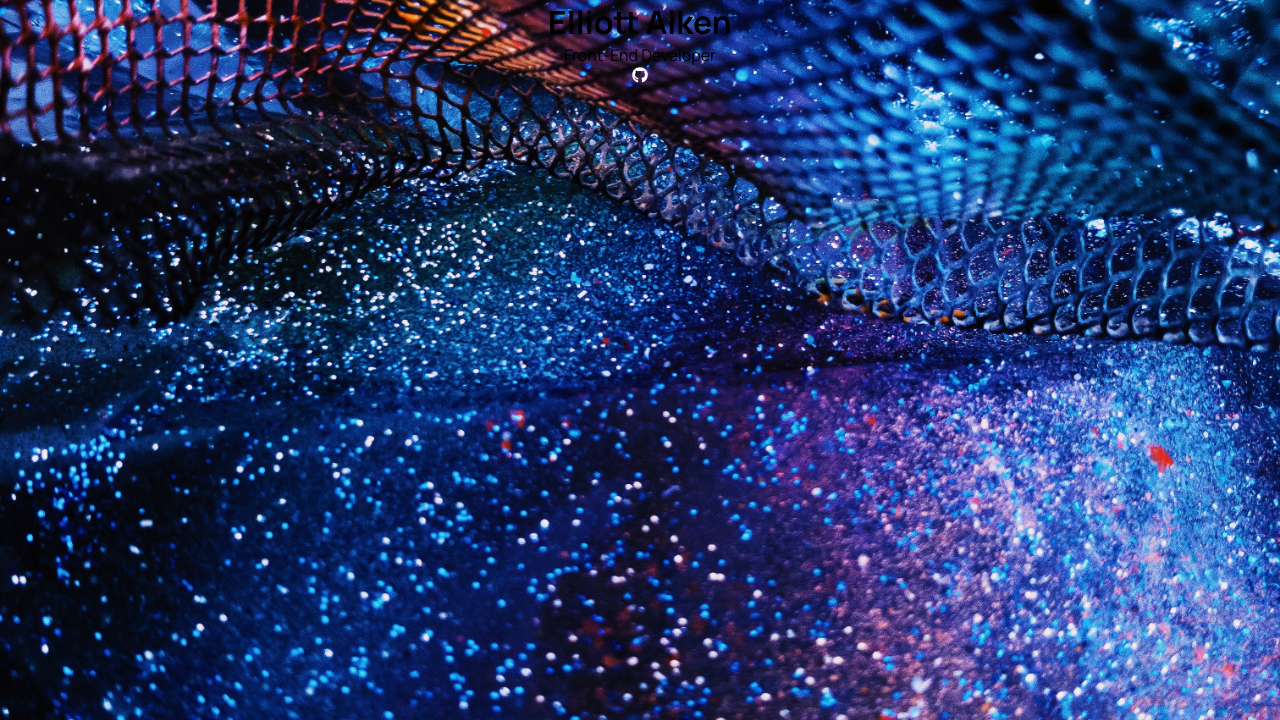
Repository: elaiken/portfolio
Page: /
These files come from the project's save history. The page is drawn as it stood at one moment and after the next save; the edit follows.
The browser window is 1280 px wide. The pictures show the whole page.
The project was rebuilt for these pictures with package versions that can differ from the ones it lists, and the page was loaded fresh each time. Also part of the build but not shown: src/components/Error.js, src/components/Projects.js.

Above is the page before, as saved 2021-11-24 17:45:04.

### public/index.html
<!DOCTYPE html>
<html lang="en">
  <head>
    <meta charset="utf-8" />
    <link rel="icon" href="%PUBLIC_URL%/favicon.ico" />
    <meta name="viewport" content="width=device-width, initial-scale=1" />
    <meta name="theme-color" content="#000000" />
    <meta
      name="description"
      content="Elliott A Aiken II | Looking for Front-end Role"
    />
    <link rel="apple-touch-icon" href="%PUBLIC_URL%/logo192.png" />
    <!--
      manifest.json provides metadata used when your web app is installed on a
      user's mobile device or desktop. See https://developers.google.com/web/fundamentals/web-app-manifest/
    -->
    <link rel="manifest" href="%PUBLIC_URL%/manifest.json" />
    <link rel="preconnect" href="https://fonts.googleapis.com">
<link rel="preconnect" href="https://fonts.gstatic.com" crossorigin>
<link href="https://fonts.googleapis.com/css2?family=Manrope:wght@200;400;700&family=Poppins:ital,wght@0,500;1,300;1,400&family=Source+Sans+Pro:ital,wght@0,400;0,600;1,300;1,400&display=swap" rel="stylesheet">


    <title>Elliott A Aiken II | Looking for Front-end Role </title>
  </head>
  <body>
    <noscript>You need to enable JavaScript to run this app.</noscript>
    <div id="root"></div>

  </body>
</html>

### src/index.css
:root {
  --background-image:linear-gradient (120deg,#00B594,rgba(1, 84, 69, 0.67));
}


*{
  margin: 0;
  padding: 0;
  box-sizing: border-box;
}

ul {
  list-style-type: none;
}

a {
  font-family: inherit;
  text-decoration: none;
  color:#fff;


}

img {
  max-width: 100%;
}
body{
  font-family: "Manrope", sans-serif;
}

.home {
  background: url(./pexels-andre-moura-4021521.jpg);
  background-repeat:no-repeat ;
  background-size: cover;
  background-position:center;
  height: 100vh;
}

.home .overlay {
background-color:var(--background-image);
display: flex;
flex-direction: column ;
align-items: center;
justify-content: center;
min-height: 100;
}

### src/App.js
import { BrowserRouter, Route, Switch, Routes } from "react-router-dom"
import Error from "./components/Error";
import Home from "./components/Home";
import Projects from "./components/Projects";


const App = () => {
  return (
    <BrowserRouter >
      <Routes>
        <Route exact path='/' element={<Home />}>


        </Route>
        <Route path="/projects" element={<Projects />}>

        </Route>
        <Route path="/*" element={<Error />}>
        </Route>
      </Routes>
    </BrowserRouter>
  );
}
export default App;

### src/components/Home.js
import { FaGithub } from "react-icons/fa"



const Home = () => {

    return (
        <div className="home">
            <div className='overlay'>

                <h1> Elliott Aiken </h1>
                <p> Front-End Developer</p>

                <ul>
                    <li>
                        <a href="https://github.com/elaiken" target="_blank" rel="noopener noreferrer"><FaGithub /></a>

                    </li>
                </ul>

            </div>


        </div>

    )
}

export default Home

Loaded but not shown: src/index.js (common file); src/reportWebVitals.js (common file)

After the next save:
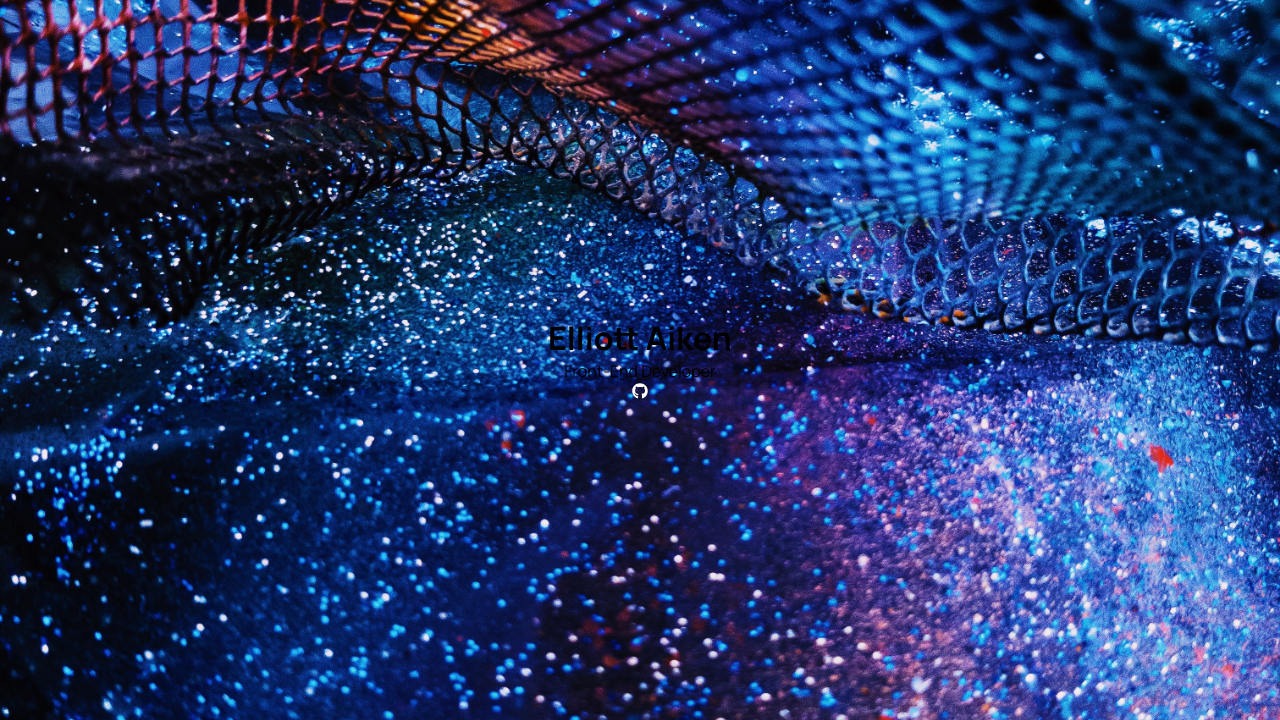
Saved 29 s later.
--- a/src/index.css
+++ b/src/index.css
@@ -42,5 +42,5 @@
 flex-direction: column ;
 align-items: center;
 justify-content: center;
-min-height: 100;
+min-height: 100vh;
 }
